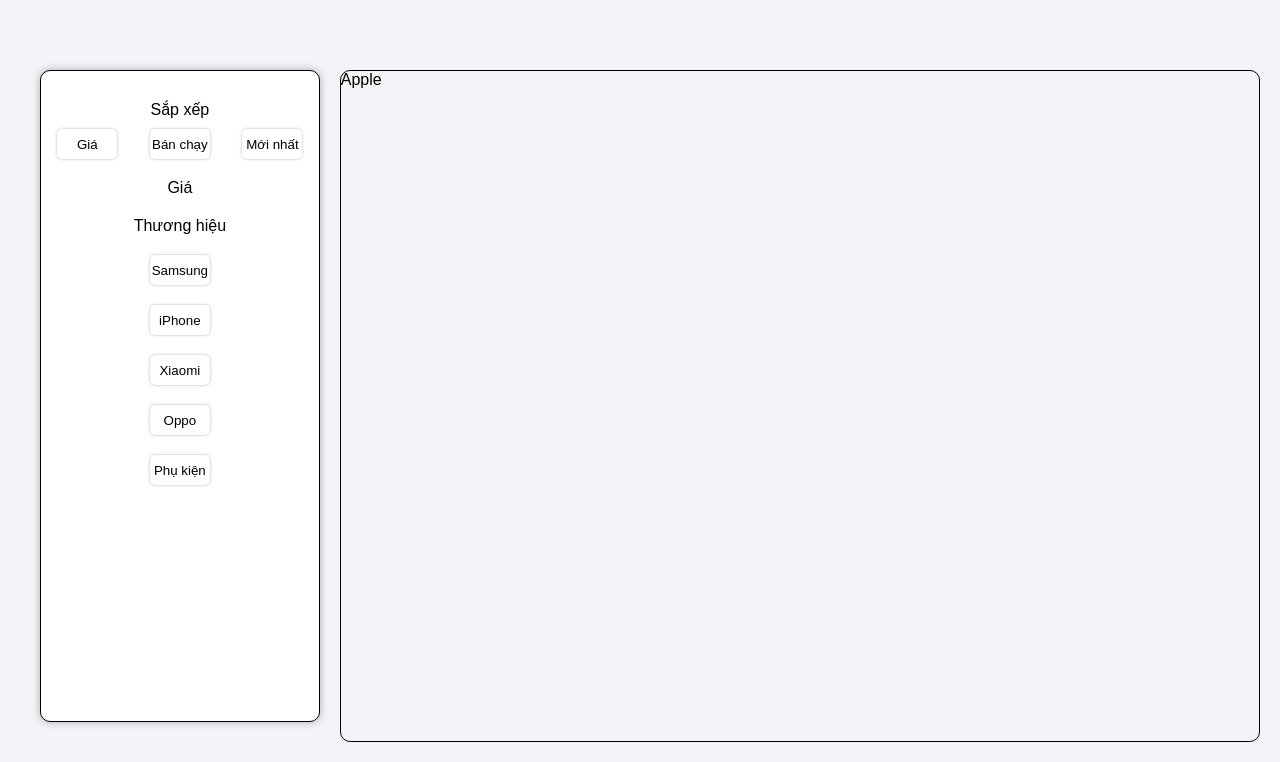
Repository: TrungSonQNIT2k4/ZENTECH
Page: showsp.html
The author's editor kept a copy of each file at every save. The page is drawn from the files as they stood at one save, then again after a run of saves.
The browser window is 1280 px wide. The pictures show the whole page.
Some web fonts or font styles are not loaded; a fallback is used.

Above is the page before, as saved 2024-11-22 21:47:32.

After the next 2 saves:
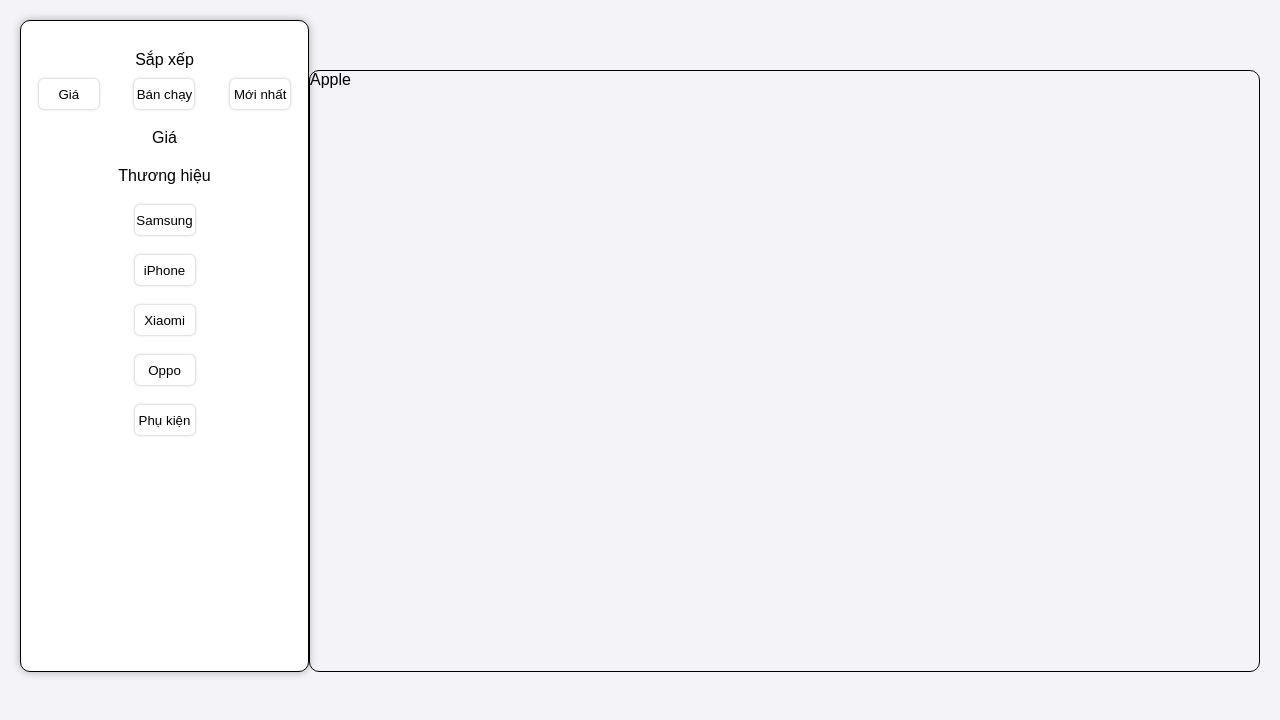
The 2 saves are shown as one change because they came seconds apart.
The last was saved 27 s later.
--- a/style.css
+++ b/style.css
@@ -327,8 +327,6 @@
   padding: 20px;
 }
 .menu_choose{
-  margin: 20px;
-  margin-top: 50px;
   border: 1px solid;
   border-radius: 10px;
   width: 300px;

After the save that followed:
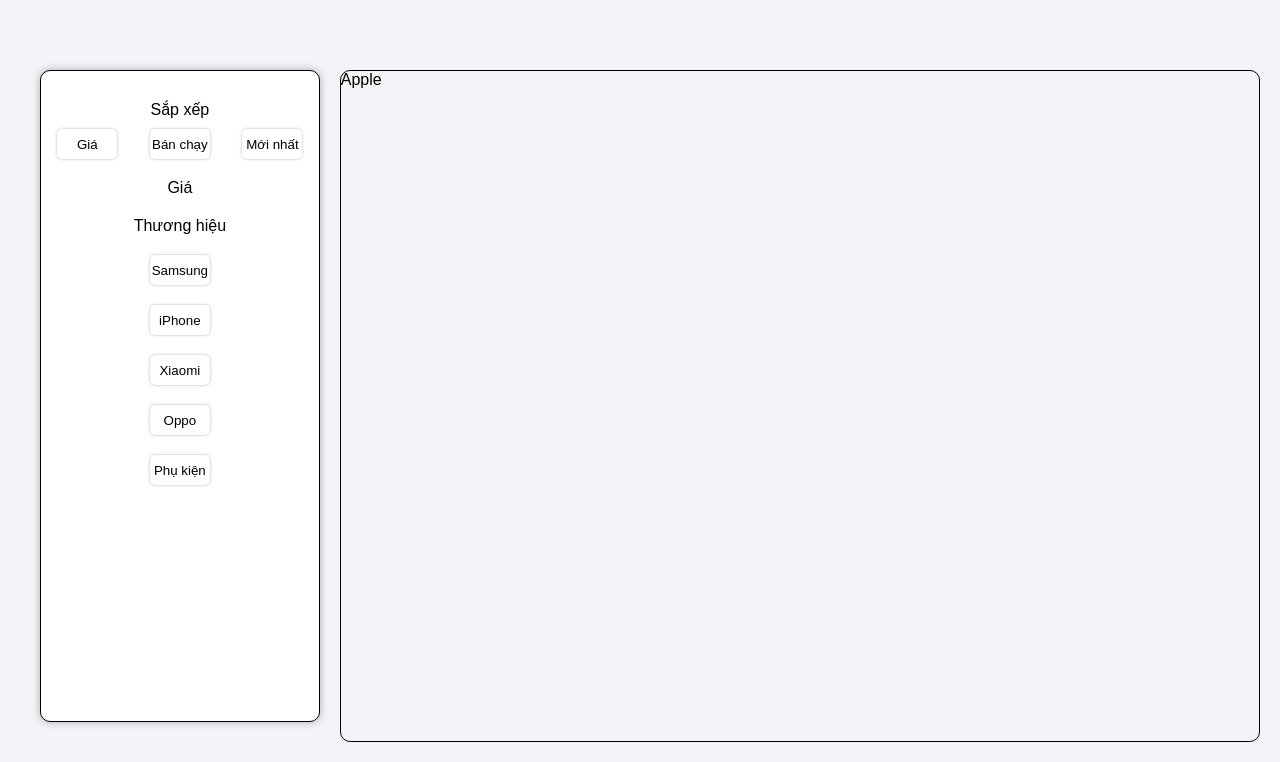
Saved 4 s later.
--- a/style.css
+++ b/style.css
@@ -327,6 +327,8 @@
   padding: 20px;
 }
 .menu_choose{
+  margin: 20px;
+  margin-top: 50px;
   border: 1px solid;
   border-radius: 10px;
   width: 300px;
